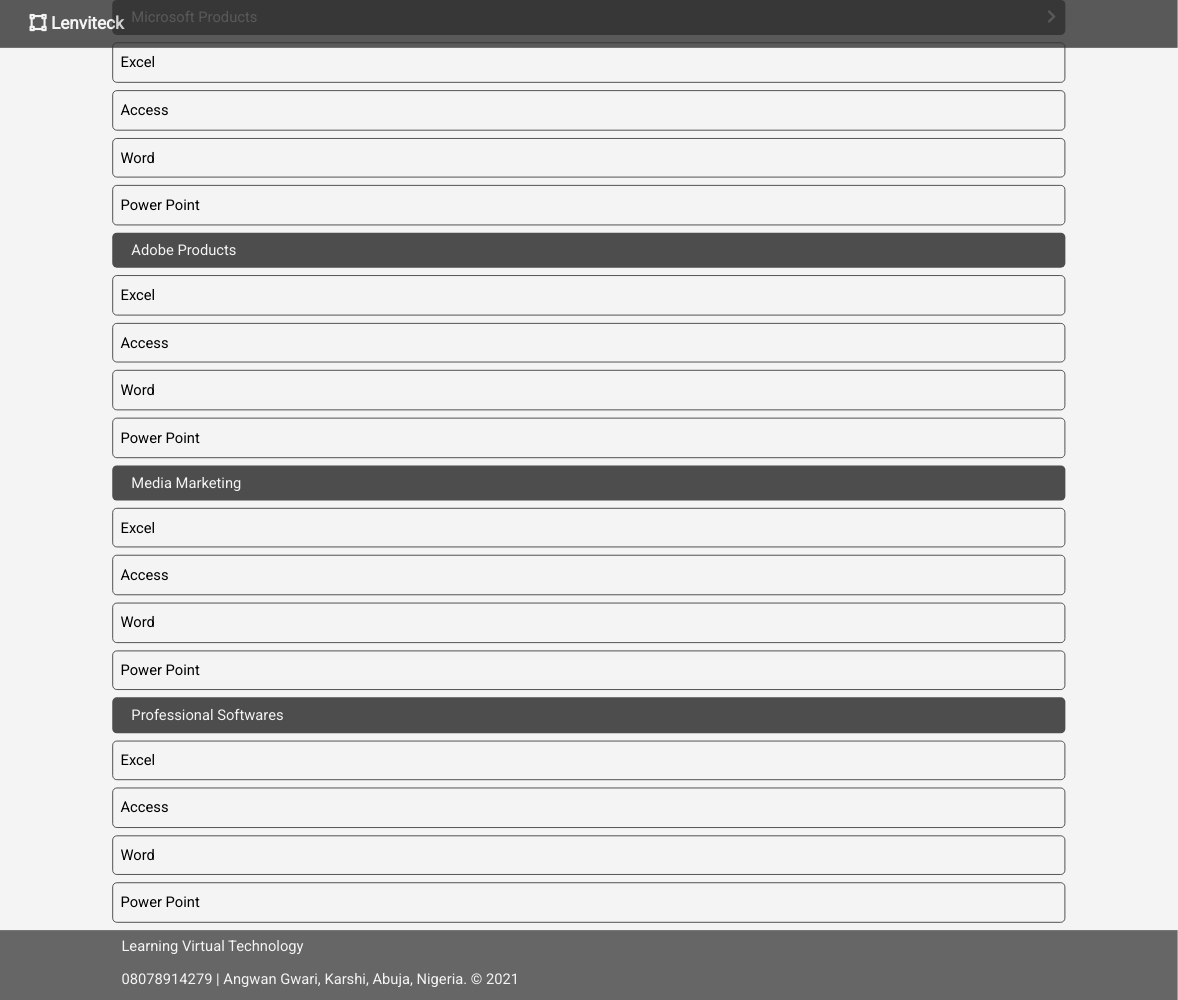
Repository: mxhdiqaim/lenviteck
Page: dist/trainingInstitute.html
The author's editor kept a copy of each file at every save. The page is drawn from the files as they stood at one save, then again after the next save.
The browser window is 1280 px wide. The pictures show the whole page, at 92% of full size.
Some web libraries are served in a nearby version. The style sheet was rebuilt from its Sass, Less or Tailwind sources for each picture, by a compiler version that may differ from the author's.

Above is the page before, as saved 2021-05-07 17:03:25.

### dist/trainingInstitute.html
<!DOCTYPE html>
<html lang="en">
<head>
    <meta charset="UTF-8">
    <meta http-equiv="X-UA-Compatible" content="IE=edge">
    <meta name="viewport" content="width=device-width, initial-scale=1.0">
    <link rel="icon" href="../img/favicon.ico" type="image/x-icon" />
    <link rel="stylesheet" href="./styles/main.css">
    <link rel="stylesheet" href="https://pro.fontawesome.com/releases/v5.10.0/css/all.css"
    integrity="sha384-AYmEC3Yw5cVb3ZcuHtOA93w35dYTsvhLPVnYs9eStHfGJvOvKxVfELGroGkvsg+p" crossorigin="anonymous" />
    <title>Lenviteck | Training Institute</title>
</head>
<body>

    <section class="content">
        <nav class="navbar bg-dark">
            <div class="logo">
                <h1><i class="fas fa-vector-square"></i> Lenviteck</h1>
            </div>
        </nav>
        <section class="container">
            <div class="section-1">
                <div class="works-list drop-down">
                    <a href="#" class="btn btn-block" >Microsoft Products<span><i class="fas fa-chevron-right"></i></span> </a>
                    <ul>
                        <li class="card"><a href="#">Excel</a></li>
                        <li class="card"><a href="#">Access</a></li>
                        <li class="card"><a href="#">Word</a></li>
                        <li class="card"><a href="#">Power Point</a></li>
                    </ul>
                </div>
                <div class="works-list">
                    <a href="#" class="btn btn-block" >Adobe Products</a>
                    <ul>
                        <li class="card"><a href="#">Excel</a></li>
                        <li class="card"><a href="#">Access</a></li>
                        <li class="card"><a href="#">Word</a></li>
                        <li class="card"><a href="#">Power Point</a></li>
                    </ul>
                </div>
                <div class="works-list">
                    <a href="#" class="btn btn-block" >Media Marketing</a>
                    <ul>
                        <li class="card"><a href="#">Excel</a></li>
                        <li class="card"><a href="#">Access</a></li>
                        <li class="card"><a href="#">Word</a></li>
                        <li class="card"><a href="#">Power Point</a></li>
                    </ul>
                </div>
                <div class="works-list">
                    <a href="#" class="btn btn-block" >Professional Softwares</a>
                    <ul>
                        <li class="card"><a href="#">Excel</a></li>
                        <li class="card"><a href="#">Access</a></li>
                        <li class="card"><a href="#">Word</a></li>
                        <li class="card"><a href="#">Power Point</a></li>
                    </ul>
                </div>

            </div>
        </section>
  </section>
    <footer>
        <div class="container-1">
            <div id="copy"></div>
        </div>
    </footer>

      <script>
          const date = new Date().getFullYear();
          document.getElementById("copy").innerHTML = ` <p>Learning Virtual Technology </p> <p>08078914279 | Angwan Gwari, Karshi, <span>Abuja, Nigeria. &copy; ${date}</span> </p>`;
      </script>
  </body>
</html>

### dist/styles/main.scss
// Import
@import url('https://fonts.googleapis.com/css?family=Roboto');

// Global variables
$primary-color: #dc3545;
$dark-color: #333333;
$light-color: #f4f4f4;
$danger-color: #dc3545;
$success-color: #28a745;

// Functions
@function set-text-color($color) {
  @if (lightness($color) > 40) {
    @return #000;
  } @else {
    @return #fff;
  }
}

* {
  padding: 0;
  margin: 0;
  box-sizing: border-box;
}

body {
  font-family: 'Roboto', sans-serif;
  font-size: 1rem;
  line-height: 1.6;
  color: set-text-color($light-color);
  background: $light-color;
}


a {
  color: set-text-color($light-color);
  text-decoration: none;
}

ul {
  list-style: none;
}

img {
  width: 100%;
}

.logo-div {
  display: flex;
  justify-content: flex-start;
  align-items: center;

  img, h1 {
    margin: 0 8px 0;
  }

  img {
    width: 50px;
    border-radius: 50%;
  }
}

.container {
  max-width: 1100px;
  margin: auto;
  overflow: hidden;
  padding: 0 2rem;
}

.container-1 {
  max-width: 1100px;
  margin-left: 100px;
  overflow: hidden;
  padding: 0 2rem;
}

.work {
  padding: 20px 10px;
  background: $dark-color;
  color: $light-color;
  margin: 10px auto;
  border-radius: 10px;
  margin-top: 70px;

  .works-list {
    padding: 10px;
    width: 100%;
    transition: all .3s ease;

    ul li a {
      color: $light-color;
      transition: color .3s ease;

      &:hover {
        color: darken($light-color, 10);
      }
    }
  }
}

// cards
.card {
  padding: .5rem;
  border: #444 1px solid;
  border-radius: 5px;
  margin: 0.5rem 0;
}

.btn {
  display: inline-block;
  background: light-color;
  border-radius: 5px;
  padding: 0.4rem 1.3rem;
  font-size: 1rem;
  border: none;
  cursor: pointer;
  margin-right: 0.5rem;
  transition: opacity 0.2s ease-in;
  outline: none;
  background-color: lighten($dark-color, 10);
  color: $light-color;
  display: block;
  width: 100%;
  position: relative;

  span {
    position: absolute;
    right: 10px;
  }
}

.btn:hover {
  background-color: lighten($dark-color, 15);
}

input {
  margin: 1.2rem 0;
}

.btn-primary,
.bg-primary,
.badge-primary,
.alert-primary {
  background: $primary-color;
  color: #fff;
}

.btn-light,
.bg-light,
.badge-light,
.alert-light {
  background: $light-color;
  color: #333;
}

.btn-dark,
.bg-dark,
.badge-dark,
.alert-dark {
  background: $dark-color;
  color: #fff;
}

.btn-danger,
.bg-danger,
.badge-danger,
.alert-danger {
  background: $danger-color;
  color: #fff;
}

.btn-success,
.bg-success,
.badge-success,
.alert-success {
  background: $success-color;
  color: #fff;
}

.btn-white,
.bg-white,
.badge-white,
.alert-white {
  background: #fff;
  color: #333;
  border: #ccc solid 1px;
}



.bg-light,
.badge-light {
  border: #ccc solid 1px;
}

.navbar {
  display: flex;
  justify-content: space-between;
  align-items: center;
  padding: 0.7rem 2rem;
  z-index: 1;
  width: 100%;
  background: $dark-color;
  opacity: 0.8;
  color: $light-color;
  margin-bottom: 1rem;
  position: fixed;
  top: 0;
  // margin: 5px ;
}

.navbar ul {
  display: flex;
}

.navbar a {
  color: #fff;
  padding: 0.45rem;
  margin: 0 0.25rem;
}

.navbar a:hover {
  color: $light-color;
}


// Drop Down Menu


// Footer
footer {
  background: lighten($dark-color, 20);
  display: flex;
  flex-direction: column;
  justify-content: flex-start;
  align-items: flex-start;
  color: $light-color;
  padding-top: 5px;
  padding-bottom: -2px;

  ul {
    display: flex;

    li {
      margin: 10px;

      a {
        transition: all .3s ease;
        color: $light-color;

        &:hover {
          color: darken($light-color, 10);
        }
      }

    }
  }

  p {
    margin-bottom: 10px;
  }
}

// Media Query
@media (max-width: 700px) {
  .hide-sm {
    display: none;
  }

  /* Navbar */
  .navbar {
    display: block;
  }

  .navbar ul {
    text-align: center;
    justify-content: center;
  }

  // Footer
  .container-1 {
    max-width: 1100px;
    // margin-left: 100px;
    margin: auto;
    text-align: left;
    overflow: hidden;
    padding: 0 2rem;
  }

  /*
  * Business Add Hub
  */

  .company {
    flex-direction: column;
    text-align: center;

    img {
      width: 90% !important;
      margin: auto;
    }
  }

  .business-add-hub {
    position: relative;
    top: 60px;
    left: 60px !important;
  }

  h1 {
    margin-left: -30px !important;
  }

  .section-2 {
    margin-top: 70px;

  }

  .business-add-hub {
    margin: 25px !important;
    // margin: auto;
    position: absolute;

    h1 {
      font-weight: 500;
    }
  }

  .logo-div {
    justify-content: space-evenly;
  }

  .section-1 h1 {
      margin-left: 18px !important;
  }
}

/*
 * Business Add Hub
*/


.business-add-hub {
  margin: 95px 0 0 25px;
  position: relative;

  h1 {
    font-weight: 500;
  }
}

.company {
  display: flex;
  padding: 10px;
  background: $dark-color;
  margin: 20px;
  border-radius: 10px;
  padding: 20px;

  div {
    padding: 10px;
    line-height: 1.8;
    // background: darken($light-color, 30);


  }
  img {
    width: 200px;

  }

}


.section-2 {
  color: $light-color;
  border-radius: 10px;
}


/*
 * SECTIONS
 */

.section-1 {
  width: 100%;
  h1 {
    margin-right: auto;
    margin-left: auto;
    margin-top: 90px;
    margin-bottom: -70px;
  }
}

After the next save:
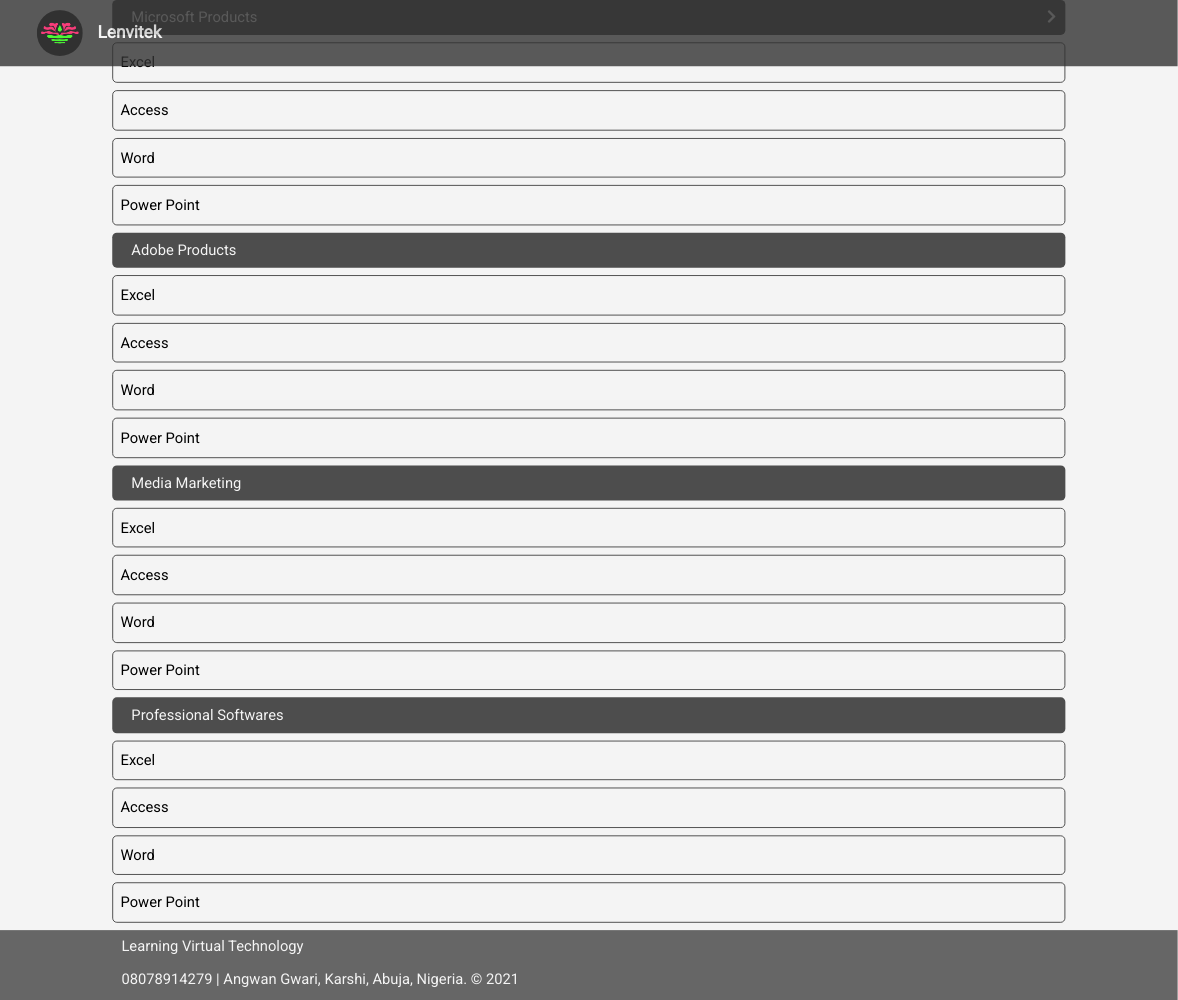
Saved 83 s later.
--- a/dist/trainingInstitute.html
+++ b/dist/trainingInstitute.html
@@ -14,8 +14,9 @@
 
     <section class="content">
         <nav class="navbar bg-dark">
-            <div class="logo">
-                <h1><i class="fas fa-vector-square"></i> Lenviteck</h1>
+            <div class="logo-div">
+                <img src="../img/LOGO.jpeg" class="logo" alt="">
+                <h1>Lenvitek</h1>
             </div>
         </nav>
         <section class="container">
